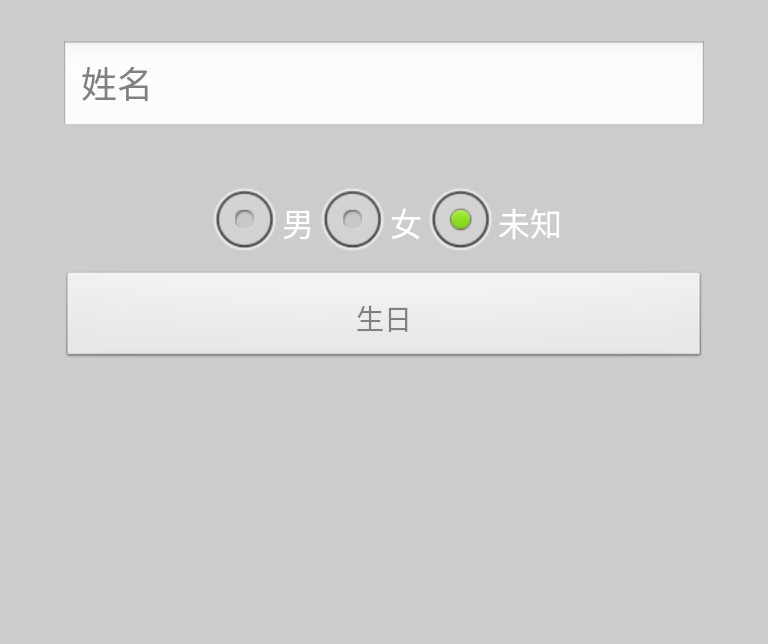
Repository: ligl/YuZhong
Layout: YuZhong/res/layout/update_user_profile.xml
These files come from the project's save history. The layout is drawn as it stood at one moment and after a run of saves; the edit follows.
The pictures show rows 636 to 1280 of an output 1280 px tall.
It is drawn on a 768 x 1280 px phone screen (xhdpi) without system bars, with theme android:Theme.Black.NoTitleBar; the app's code is not run.

Above is the layout before, as saved 2012-08-04 07:13:05.

After the next 4 saves:
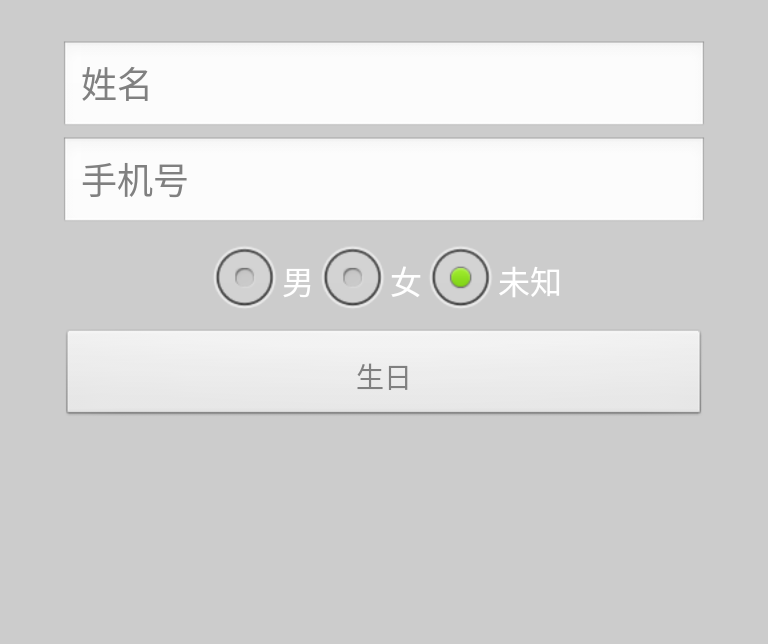
The 4 saves are shown as one change because 3 did not build or start.
The last was saved 3 min 9 s later.
--- a/YuZhong/res/layout/update_user_profile.xml
+++ b/YuZhong/res/layout/update_user_profile.xml
@@ -73,10 +73,13 @@
                 android:inputType="textPersonName"
                 android:singleLine="true" />
 
-            <TextView
-                android:id="@+id/tv_update_user_profile_mobile"
+            <EditText
+                android:id="@+id/et_update_user_profile_mobile"
                 android:layout_width="match_parent"
-                android:layout_height="wrap_content" />
+                android:layout_height="wrap_content"
+                android:hint="@string/process_user_hint_mobile"
+                android:inputType="phone"
+                android:singleLine="true" />
 
             <RadioGroup
                 android:id="@+id/rg_update_user_profile_gender"
